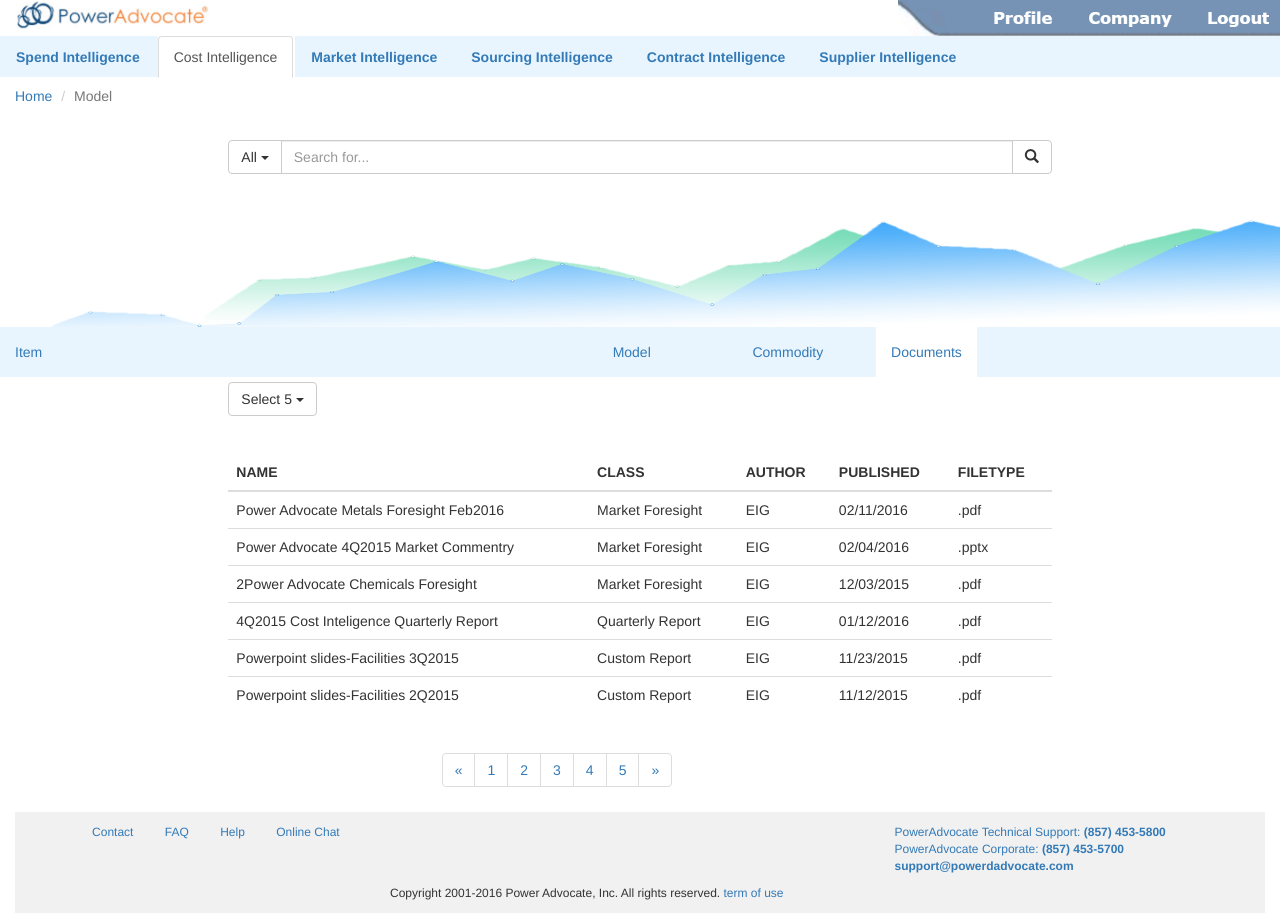
Repository: SamiraMansouri/PowerAdvocate-CostIntelligence-Application-new-Design-using-UserExperience-Method-
Page: http://localhost/PowerAdvocate/WEB-INF/views/Documents.jsp
An editor plug-in stored every save of this project. The page is shown before and after the next save, followed by the edit.
The browser window is 1280 px wide. The pictures show the whole page.
The page is served by Tomcat 9. Nobody is signed in. The template is opened directly, without the code that normally fills it, so the values that code supplies are empty.

Above is the page before, as saved 2016-04-25 05:53:20.

After the next save:
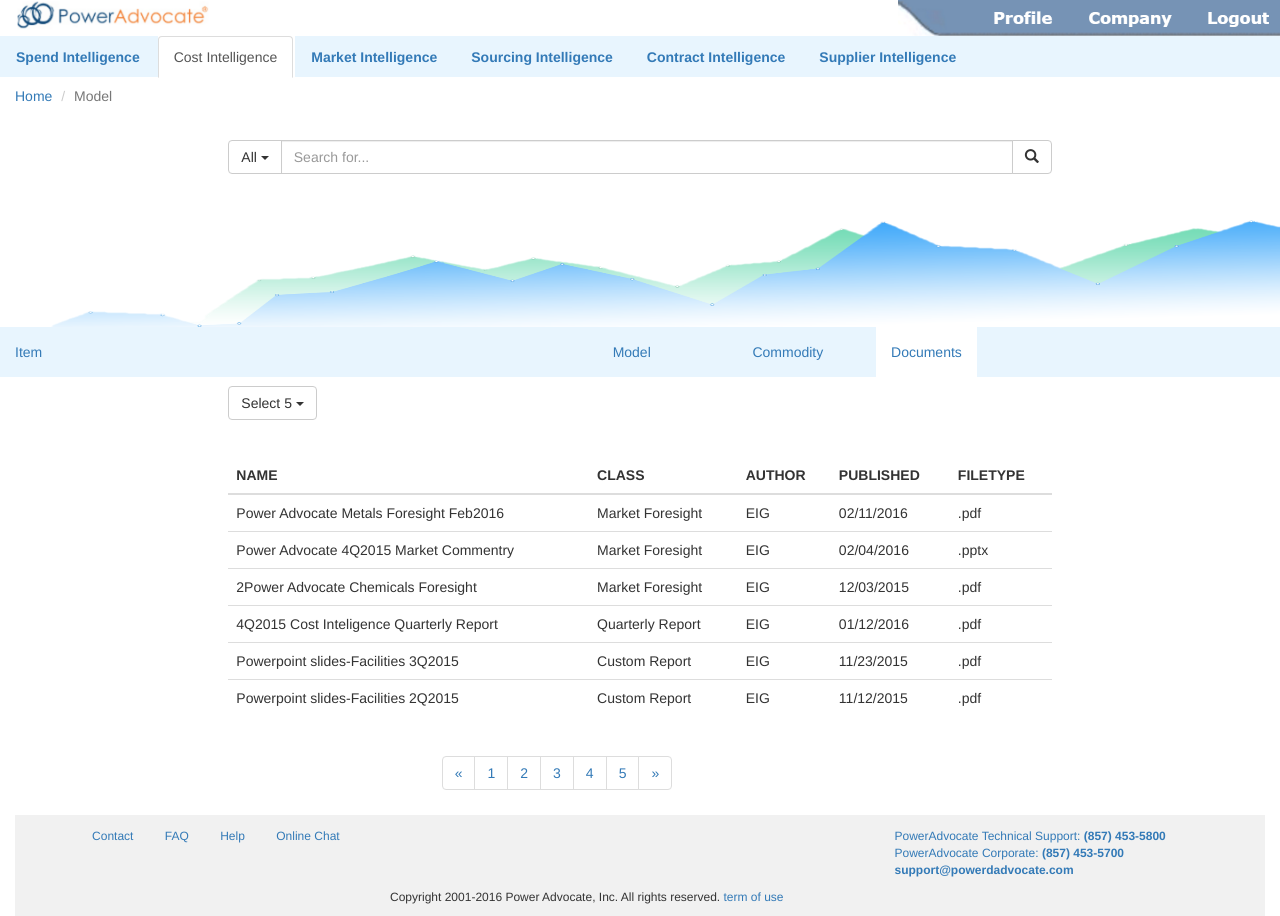
Saved 8 s later.
--- a/PowerAdvocate-Prototype/PowerAdvocate/src/main/webapp/WEB-INF/views/Documents.jsp
+++ b/PowerAdvocate-Prototype/PowerAdvocate/src/main/webapp/WEB-INF/views/Documents.jsp
@@ -223,7 +223,7 @@
 		 <div class="row " >
     	<div class="col-md-2"></div>
     	<div class="col-md-2">
-    		  <div class="dropdown pull-left" style="margin-top:3%;">
+    		  <div class="dropdown pull-left" style="margin-top:5%;">
   						<button class="btn btn-default dropdown-toggle" type="button" id="dropdownMenu2" data-toggle="dropdown" aria-haspopup="true" aria-expanded="false">
     							Select 5
     						<span class="caret"></span>
